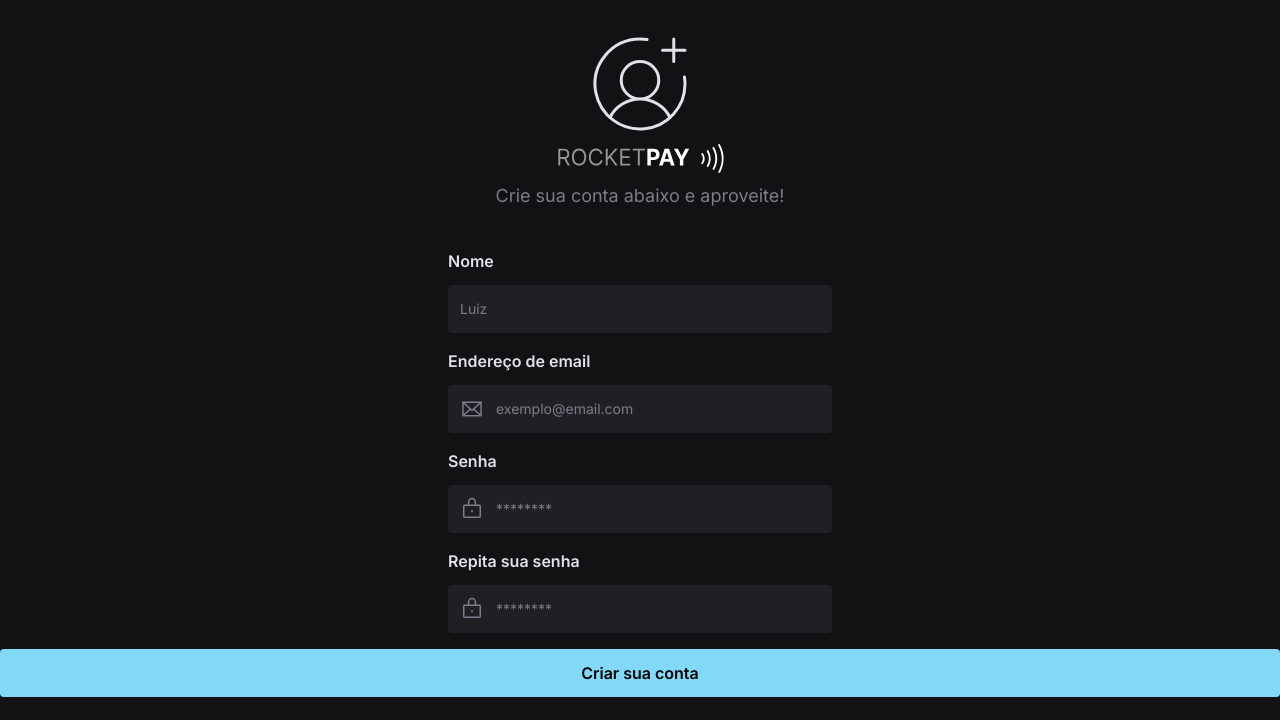
Repository: LuizAGDomingues/CreditCard-with-login
Page: /createLogin
These files come from the project's save history. The page is drawn as it stood at one moment and after the next save; the edit follows.
The browser window is 1280 px wide. The pictures show the whole page.
The project was rebuilt for these pictures with package versions that can differ from the ones it lists, and the page was loaded fresh each time. Also part of the build but not shown: vite.config.ts, src/components/Checkbox.tsx, src/components/LogoSignIn.tsx, src/pages/SignIn.tsx.

Above is the page before, as saved 2022-10-25 16:11:47.

### index.html
<!DOCTYPE html>
<html lang="en">
  <head>
    <meta charset="UTF-8" />
    <link rel="preconnect" href="https://fonts.googleapis.com" />
    <link rel="preconnect" href="https://fonts.gstatic.com" crossorigin />
    <link rel="icon" type="image/svg+xml" href="/vite.svg" />
    <meta name="viewport" content="width=device-width, initial-scale=1.0" />
    <link href="https://fonts.googleapis.com/css2?family=Inter:wght@400;600;700&display=swap" rel="stylesheet" />

    <title>RocketPay</title>
  </head>
  <body>
    <div id="root"></div>
    <script type="module" src="/src/main.tsx"></script>
  </body>
</html>

### src/App.tsx
import { BrowserRouter } from 'react-router-dom';
import './styles/global.css';
import { Routes } from './services/Routes';

export function App() {

  return (
    <BrowserRouter>
      <Routes />
    </BrowserRouter>
  )
}

### src/services/Routes.tsx
import React from 'react'
import { Routes as Switch, Route } from 'react-router-dom'
import { CreateLogin } from '../pages/CreateLogin'
import { SignIn } from '../pages/SignIn'

export function Routes() {
  return (
    <Switch>
      <Route path="/" element={<SignIn/>} />
      <Route path="/createLogin" element={<CreateLogin/>} />
    </Switch>
  )
}

### src/pages/CreateLogin.tsx
import { FormEvent, useState } from 'react';
import { useNavigate } from "react-router-dom";
import * as Dialog from '@radix-ui/react-dialog';
import { Envelope, Lock } from 'phosphor-react';
import { Heading } from '../components/Heading';
import { LogoCreateLogin } from '../components/LogoCreateLogin';
import { Text } from '../components/Text';
import { TextInput } from '../components/TextInput';
import { Button } from '../components/Button';
import { validateForm } from '../services/validationFunctions';

export function CreateLogin() {
  const history = useNavigate();
  const [accountName, setAccountName] = useState('');
  const [email, setEmail] = useState('');
  const [password, setPassword] = useState('');
  const [confirmPassword, setConfirmPassword] = useState('');

  function handleCreateLogin(event: FormEvent){
    event.preventDefault();
    // history("/");
  }

  return (
    <div className='w-screen h-screen bg-gray-900 flex flex-col items-center justify-center text-gray-100'>
      <LogoCreateLogin />
      <header className='flex flex-col items-center'>
        <Heading />
        <Text size='lg' className='text-gray-400 mt-2'>Crie sua conta abaixo e aproveite!</Text>
      </header>
      <form onSubmit={handleCreateLogin} className='flex flex-col items-stretch w-full gap-4 max-w-sm mt-10'>
        <label htmlFor="text" className='flex flex-col gap-3'>
          <Text className='font-semibold'>Nome</Text>
          <TextInput.Root>
            <TextInput.Input type='text' id='name' placeholder='Luiz' onChange={(e) => setAccountName(e.target.value)}/>
          </TextInput.Root>
        </label>
        <label htmlFor="email" className='flex flex-col gap-3'>
          <Text className='font-semibold'>Endereço de email</Text>
          <TextInput.Root>
            <TextInput.Icon>
              <Envelope />
            </TextInput.Icon>
            <TextInput.Input type='email' id='email' placeholder='exemplo@email.com' onChange={(e) => setEmail(e.target.value)}/>
          </TextInput.Root>
        </label>
        <label htmlFor="password" className='flex flex-col gap-3'>
          <Text className='font-semibold'>Senha</Text>
          <TextInput.Root>
            <TextInput.Icon>
              <Lock />
            </TextInput.Icon>
            <TextInput.Input type='password' id='password' placeholder='********' onChange={(e) => setPassword(e.target.value)}/>
          </TextInput.Root>
        </label>
        <label htmlFor="password" className='flex flex-col gap-3'>
          <Text className='font-semibold'>Repita sua senha</Text>
          <TextInput.Root>
            <TextInput.Icon>
              <Lock />
            </TextInput.Icon>
            <TextInput.Input type='password' id='confirmPassword' placeholder='********' onChange={(e) => setConfirmPassword(e.target.value)}/>
          </TextInput.Root>
        </label>
      </form>
      <Dialog.Root>
        <Dialog.Trigger asChild className='mt-4'>
          <Button type='submit'>Criar sua conta</Button>
        </Dialog.Trigger>
        <Dialog.Portal>
          <Dialog.Overlay>
            <Dialog.Content className='bg-gray-800 w-[420px] h-[300px] rounded shadow absolute top-1/2 left-1/2 -translate-x-1/2 -translate-y-1/2'>
              <Dialog.Title>Conta criada com sucesso!</Dialog.Title>
              <Dialog.Description>Seja bem vindo {accountName}</Dialog.Description>
              <Dialog.Close>
                <button>OK!</button>
              </Dialog.Close>
            </Dialog.Content>
          </Dialog.Overlay>
        </Dialog.Portal>
      </Dialog.Root>
    </div>
  )
}

### src/components/Heading.tsx
import { SVGAttributes } from 'react';

interface HeadingProps extends React.SVGAttributes<HTMLOrSVGElement>{}

export function Heading(props: HeadingProps) {
  return (
    <svg
      width={170}
      height={30}
      viewBox="0 0 170 30"
      fill="none"
      xmlns="http://www.w3.org/2000/svg"
      {...props}
    >
      <path
        d="M3.282 21.429V4.805h5.479c1.267 0 2.306.222 3.12.666.812.438 1.414 1.041 1.804 1.81.391.768.586 1.642.586 2.622 0 .979-.195 1.848-.586 2.605-.39.758-.99 1.353-1.797 1.786-.807.427-1.84.641-3.095.641H4.359v-1.818h4.37c.866 0 1.563-.13 2.09-.39.533-.26.919-.627 1.156-1.104.243-.481.364-1.055.364-1.72 0-.666-.12-1.248-.364-1.746-.242-.497-.63-.882-1.164-1.152-.533-.276-1.237-.414-2.113-.414H5.246v14.838H3.282zm7.632-7.468l3.99 7.468h-2.28L8.698 13.96h2.216zm20.31-.844c0 1.753-.309 3.268-.926 4.545-.618 1.277-1.465 2.262-2.542 2.955-1.076.692-2.306 1.039-3.689 1.039s-2.613-.347-3.69-1.04c-1.076-.692-1.923-1.677-2.54-2.954-.619-1.277-.927-2.792-.927-4.545 0-1.753.308-3.269.926-4.546.618-1.277 1.465-2.262 2.541-2.954 1.077-.693 2.307-1.04 3.69-1.04s2.613.347 3.69 1.04c1.076.692 1.923 1.677 2.54 2.954.618 1.277.927 2.793.927 4.546zm-1.9 0c0-1.44-.235-2.654-.705-3.645-.464-.99-1.095-1.74-1.892-2.248-.791-.509-1.678-.763-2.66-.763-.982 0-1.871.254-2.668.763-.792.509-1.423 1.258-1.893 2.248-.464.99-.696 2.205-.696 3.645s.232 2.654.697 3.644c.47.99 1.1 1.74 1.892 2.249a4.857 4.857 0 002.668.763c.982 0 1.869-.255 2.66-.763.797-.509 1.428-1.258 1.892-2.249.47-.99.705-2.205.705-3.644zM47.574 10H45.61A4.245 4.245 0 0045 8.474a4.115 4.115 0 00-1.045-1.104 4.393 4.393 0 00-1.354-.682 5.283 5.283 0 00-1.551-.227c-.982 0-1.871.254-2.669.763-.791.509-1.422 1.258-1.892 2.248-.464.99-.697 2.205-.697 3.645s.233 2.654.697 3.644c.47.99 1.1 1.74 1.892 2.249a4.857 4.857 0 002.669.763c.538 0 1.055-.076 1.551-.228a4.496 4.496 0 001.354-.673A4.23 4.23 0 0045 17.76c.29-.444.494-.953.61-1.526h1.963a6.816 6.816 0 01-.807 2.28 6.193 6.193 0 01-1.457 1.713c-.58.466-1.232.82-1.956 1.064a7.128 7.128 0 01-2.303.365c-1.383 0-2.613-.347-3.69-1.04-1.077-.692-1.924-1.677-2.541-2.954-.618-1.277-.927-2.792-.927-4.545 0-1.753.31-3.269.927-4.546.617-1.277 1.464-2.262 2.541-2.954 1.077-.693 2.307-1.04 3.69-1.04.818 0 1.586.123 2.303.366a6.24 6.24 0 011.956 1.072 6.079 6.079 0 011.457 1.704c.39.666.66 1.426.807 2.281zm3.172 11.429V4.805h1.964v8.247h.19l7.284-8.247h2.565l-6.809 7.5 6.809 9.124h-2.375L54.736 13.7 52.71 16.04v5.39h-1.964zm14.544 0V4.805h9.786v1.786h-7.822v5.617h7.315v1.785h-7.315v5.65h7.949v1.786H65.29zM77.728 6.59V4.805H89.89v1.786h-5.098v14.838h-1.964V6.59h-5.099z"
        fill="#959595"
      />
      <path
        d="M92.365 21.429V4.805h6.398c1.23 0 2.277.241 3.143.723a4.834 4.834 0 011.979 1.988c.459.844.689 1.818.689 2.922s-.232 2.078-.697 2.922a4.853 4.853 0 01-2.019 1.973c-.876.47-1.937.706-3.183.706h-4.077v-2.817h3.523c.66 0 1.204-.116 1.631-.349.433-.238.755-.565.966-.982.217-.422.325-.906.325-1.453 0-.552-.108-1.033-.325-1.445a2.193 2.193 0 00-.966-.965c-.432-.233-.981-.35-1.646-.35h-2.312v13.75h-3.428zm15.358 0h-3.674l5.598-16.624h4.418l5.589 16.624h-3.673l-4.062-12.825h-.127l-4.069 12.825zm-.23-6.535h8.678v2.744h-8.678v-2.744zm11.508-10.089h3.84l3.697 7.16h.159l3.697-7.16h3.84l-5.914 10.747v5.877h-3.405v-5.877l-5.914-10.747z"
        fill="#fff"
      />
      <path
        fillRule="evenodd"
        clipRule="evenodd"
        d="M147.913 19.802l-.005.007-.004.006c-.248.36-.804.466-1.239.151-.348-.251-.452-.813-.156-1.256a6.357 6.357 0 00.974-1.913c.219-.687.321-1.468.318-2.234-.004-.765-.114-1.545-.341-2.23a6.334 6.334 0 00-.994-1.902c-.301-.44-.202-1.002.144-1.258.43-.32.988-.22 1.238.138l.006.006.004.007c.558.753 1.015 1.59 1.288 2.412.288.966.471 1.901.476 2.818.005.964-.085 1.876-.43 2.775-.376.978-.74 1.728-1.279 2.473zm4.031 1.79l.01-.016.011-.016a13.454 13.454 0 001.934-7.03 13.44 13.44 0 00-2.007-7.006c-.271-.443-.15-.966.31-1.306.308-.228.886-.147 1.229.324a15.501 15.501 0 012.289 7.978 15.252 15.252 0 01-2.206 8.003c-.323.456-.818.583-1.243.325-.462-.347-.546-.938-.327-1.256zm7.232-18.082l.012.025.014.024c1.922 3.211 2.989 6.916 3.01 10.926.021 4.008-1.007 7.722-2.893 10.954-.29.477-.777.611-1.273.375-.45-.301-.572-.8-.336-1.304 1.605-2.92 2.601-6.363 2.583-10.015-.019-3.635-.946-7.072-2.69-9.993-.236-.499-.119-.996.326-1.3.538-.263 1.06-.07 1.247.308zm5.689-3.056l.009.017.009.016c2.329 4.126 3.697 8.844 3.724 13.963.026 5.113-1.291 9.841-3.572 13.99-.29.471-.775.603-1.268.368-.448-.3-.571-.797-.338-1.299 2.197-3.845 3.381-8.3 3.356-13.05-.025-4.76-1.358-9.198-3.489-13.006-.267-.555-.079-1.1.294-1.293.546-.284 1.086-.092 1.275.294z"
        fill="#fff"
      />
    </svg>
  )
}

### src/components/LogoCreateLogin.tsx
import { SVGAttributes } from 'react';

interface LogoSignInProps extends React.SVGAttributes<HTMLOrSVGElement>{}

export function LogoCreateLogin(props: LogoSignInProps) {
  return (
    <svg
      width={120}
      height={120}
      viewBox="0 0 120 120"
      fill="none"
      xmlns="http://www.w3.org/2000/svg"
      {...props}
    >
      <path
        d="M60 75c10.355 0 18.75-8.395 18.75-18.75S70.355 37.5 60 37.5s-18.75 8.395-18.75 18.75S49.645 75 60 75zM29.907 93.469a33.75 33.75 0 0160.187 0M82.5 26.25H105M93.75 15v22.5"
        stroke="#E1E1E6"
        strokeWidth={3}
        strokeLinecap="round"
        strokeLinejoin="round"
      />
      <path
        d="M104.438 52.922A43.7 43.7 0 01105 60a44.999 44.999 0 01-89.135 8.779A45 45 0 0160 15c2.37-.005 4.738.183 7.078.563"
        stroke="#E1E1E6"
        strokeWidth={3}
        strokeLinecap="round"
        strokeLinejoin="round"
      />
    </svg>
  )
}

### src/components/Text.tsx
import { ReactNode } from 'react';
import { Slot } from '@radix-ui/react-slot';
import { clsx } from 'clsx';

export interface TextProps {
  size?: 'sm' | 'md' | 'lg';
  children: ReactNode;
  asChild?: boolean;
  className?: string;
}

export function Text({ size = 'md', children, asChild, className }: TextProps) {
  const Comp = asChild ? Slot : 'span';
  return (
    <Comp className={clsx('text-gray-100 font-sans', {
      'text-xs': size === 'sm',
      'text-sm': size === 'md',
      'text-md': size === 'lg',
    }, className)}>
      {children}
    </Comp>
  )
}

### src/components/TextInput.tsx
import { InputHTMLAttributes, ReactNode } from 'react';
import { Slot } from '@radix-ui/react-slot';


export interface TextInputRootProps {
  children: ReactNode;
}

function TextInputRoot(props: TextInputRootProps) {
  return (
    <div className='flex items-center gap-3 h-12 py-4 px-3 rounded bg-gray-800 w-full  focus-within:ring-2 ring-cyan-300'>
      {props.children}
    </div>
  )
}
TextInputRoot.displayName = 'TextInput.Root'

export interface TextInputIconProps {
  children: ReactNode;
}

function TextInputIcon(props: TextInputIconProps) {
  return(
    <Slot className='w-6 h-6 text-gray-400'>
      {props.children}
    </Slot>
  )
}
TextInputIcon.displayName = 'TextInput.Icon'

export interface TextInputInputProps extends InputHTMLAttributes<HTMLInputElement> {}

function TextInputInput(props: TextInputInputProps) {
  return (
    <input className='bg-transparent flex-1 text-gray-100 text-xs outline-none placeholder:text-gray-400'
      {...props}
    />
  )
}
TextInputInput.displayName = 'TextInput.Input'

export const TextInput = {
  Root: TextInputRoot,
  Icon: TextInputIcon,
  Input: TextInputInput,
}

### src/components/Button.tsx
import { ButtonHTMLAttributes, ReactNode } from 'react';
import { Slot } from '@radix-ui/react-slot';
import { clsx } from 'clsx';

export interface ButtonProps extends ButtonHTMLAttributes<HTMLButtonElement> {
  children: ReactNode;
  asChild?: boolean;
}

export function Button({ children, asChild, className, ...props }: ButtonProps) {
  const Comp = asChild ? Slot : 'button';
  return (
    <Comp className={clsx('py-3 px-4 bg-cyan-500 rounded font-semibold text-black text-sm w-full transition-colors hover:bg-cyan-300 focus:ring-2 ring-white', className
    )} {...props}>
      {children}
    </Comp>
  )
}

### tailwind.config.cjs
/** @type {import('tailwindcss').Config} */
module.exports = {
  content: [
    './src/**/*.tsx',
  ],
  theme: {
    fontSize: {
      xs: 14,
      sm: 16,
      md: 18,
      lg: 20,
      xl: 24,
      '2xl': 32,
    },
    colors: {
      black: '#000',
      white: 'FFF',
      transparent: 'transparent',
      gray: {
        100: '#e1e1e6',
        200: '#c4c4cc',
        400: '#7c7c8a',
        800: '#202024',
        900: '#121214',

      },
      cyan: {
        300: '#9be1fb',
        500: '#81d8f7',
      },
    },
    extend: {
      fontFamily: {
        sans: 'Inter, sans-serif',
      },
    },
  },
  plugins: [],
}

Loaded but not shown: src/main.tsx (common file); src/styles/global.css (common file)

After the next save:
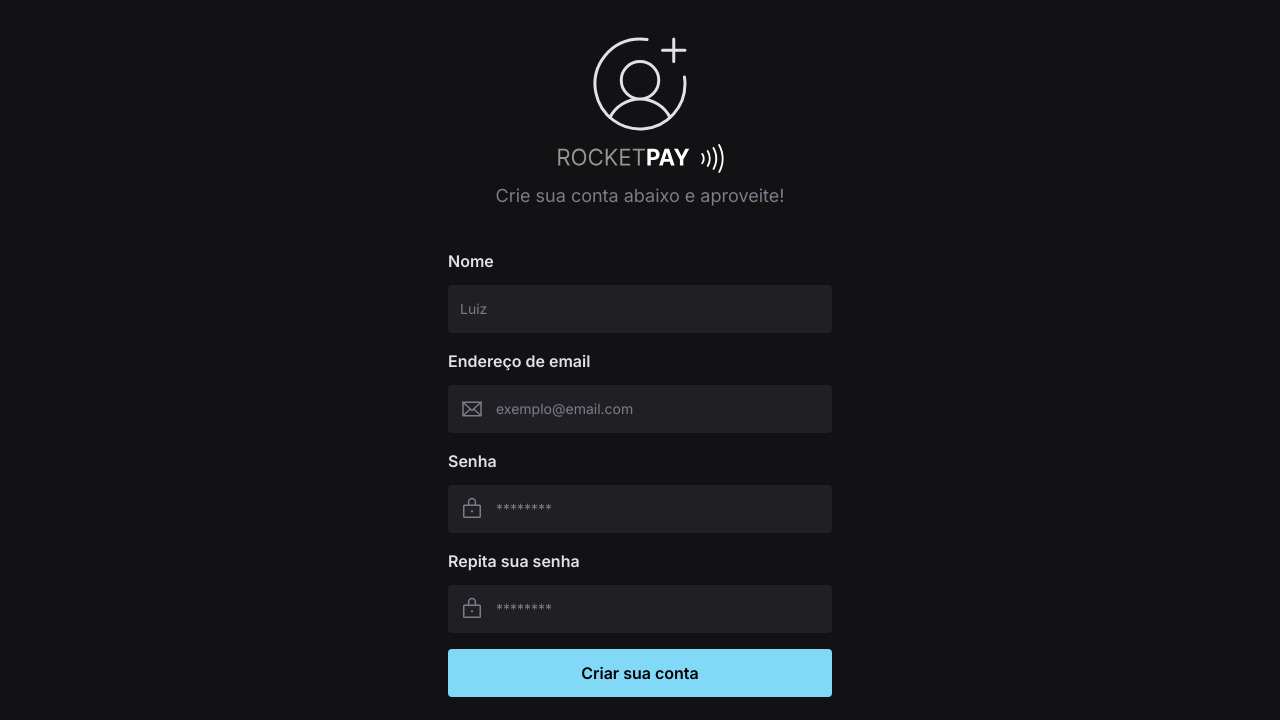
Saved 111 s later.
--- a/src/pages/CreateLogin.tsx
+++ b/src/pages/CreateLogin.tsx
@@ -65,7 +65,7 @@
       </form>
       <Dialog.Root>
         <Dialog.Trigger asChild className='mt-4'>
-          <Button type='submit'>Criar sua conta</Button>
+          <Button type='submit' className='max-w-sm'>Criar sua conta</Button>
         </Dialog.Trigger>
         <Dialog.Portal>
           <Dialog.Overlay>

After the 3 saves that followed:
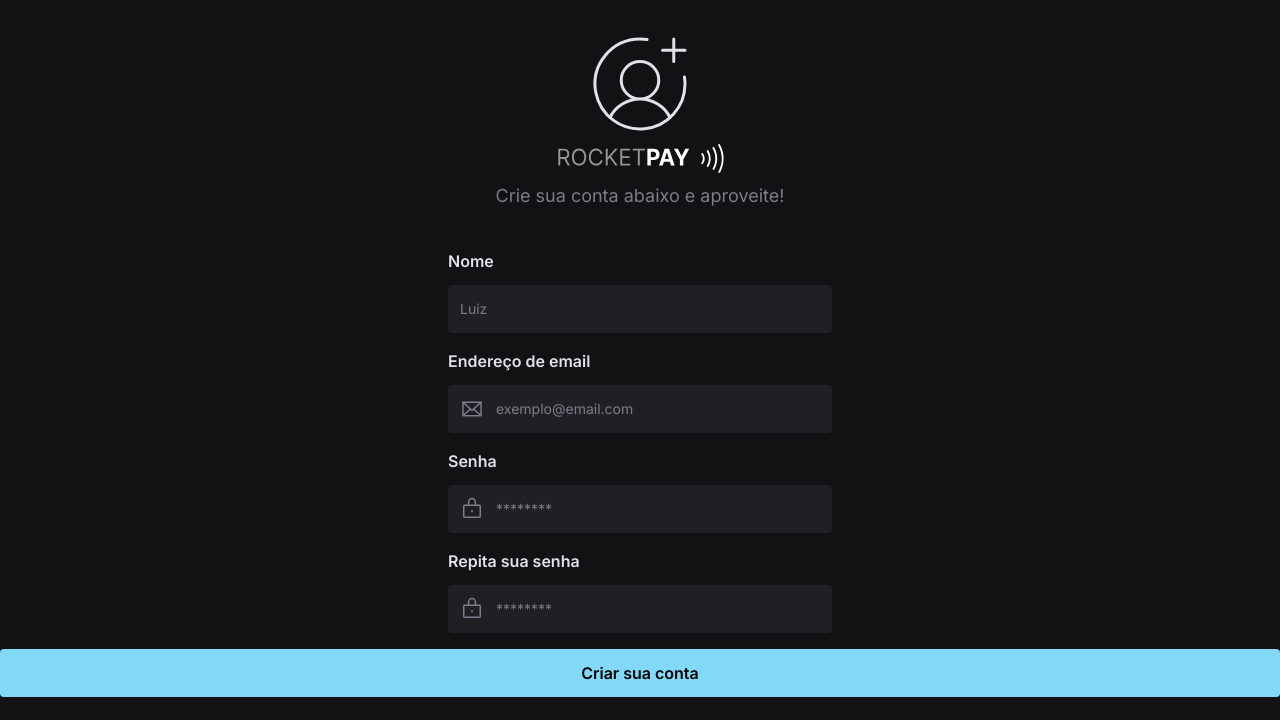
The 3 saves are shown as one change because 2 left the picture as it was.
The last was saved 78 s later.
--- a/src/pages/CreateLogin.tsx
+++ b/src/pages/CreateLogin.tsx
@@ -65,7 +65,7 @@
       </form>
       <Dialog.Root>
         <Dialog.Trigger asChild className='mt-4'>
-          <Button type='submit' className='max-w-sm'>Criar sua conta</Button>
+          <Button type='submit'>Criar sua conta</Button>
         </Dialog.Trigger>
         <Dialog.Portal>
           <Dialog.Overlay>
